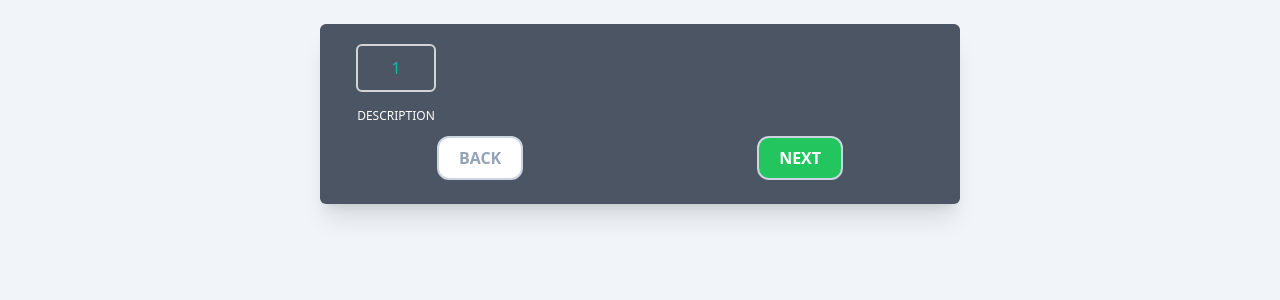
Repository: OmniaRafat232111121/reactstepper
Page: /
An editor plug-in stored every save of this project. The page is shown before and after a run of saves, followed by the edit.
The browser window is 1280 px wide. The pictures show the whole page.
The project was rebuilt for these pictures with package versions that can differ from the ones it lists, and the page was loaded fresh each time. Also part of the build but not shown: src/App.css.

Above is the page before, as saved 2023-02-22 00:20:54.

### src/index.css
@tailwind base;
@tailwind components;
@tailwind utilities;


body {
  background: #f1f5f9;
}

code {
  font-family: source-code-pro, Menlo, Monaco, Consolas, 'Courier New',
    monospace;
}

### src/App.js

import './App.css';
import Stepper from './Component/Stepper';
import StepperControl from './Component/StepperControl';
function App() {
  return (
    <div className="md:w-1/2 mx-auto  rounded-md shadow-xl bg-gray-600 pb-2 mt-5">
     {/*stepper*/}
    <div className='container horizontal mt-5'>
    <Stepper/>
    </div>
     {/*StepperCOntrol*/}
     <StepperControl/>
    </div>
  );
}

export default App;

### src/Component/Stepper.js
import React from 'react'

const Stepper = () => {
  return (
    <div className=' mx-4 my-6 p-5 flex justify-between items-center '>
        <div className='relative flex flex-col items-center text-teal-500'>
        <div className='rounded-full transition duration-200 ease-in-out rounded-md border-2 border-gray-300 h-12 w-20 flex items-center justify-center py-3'>{/* Display number*/ }
        1 {/* Display number*/ }
        </div>
      <div className='absolute top-0 mt-16 w-32  text-center text-xs font-medium uppercase text-white'>
       description  {/* Display decsription*/ }
      </div>
      </div>

        <div className=' absolute flex-auto border-t-2  text-white transition duration-500 ease-in-out'>
        {/* Display line*/ }

        </div>


    </div>
  )
}

export default Stepper

### src/Component/StepperControl.js
import React from 'react'

const StepperControl = () => {
  return (
    <div className='container  flex justify-around mt-5 mb-4'>
       {/*back button*/}
       <button className='bg-white text-slate-400 font-semibold  uppercase px-5 py-2  rounded-xl
       cursor-pointer border-2 border-slate-300 hover:bg-slate-700 hover:text-white transition duration-200 ease-in-out'>
       Back
       </button>
        {/*next button*/}
        <button className='bg-green-500 text-white font-semibold  uppercase px-5 py-2  rounded-xl
        cursor-pointer border-2 border-slate-300 hover:bg-slate-700 hover:text-white transition duration-200 ease-in-out'>
        Next
        </button>
    </div>
  )
}

export default StepperControl

Loaded but not shown: public/index.html (common file); src/index.js (common file); tailwind.config.js (common file)

After the next 3 saves:
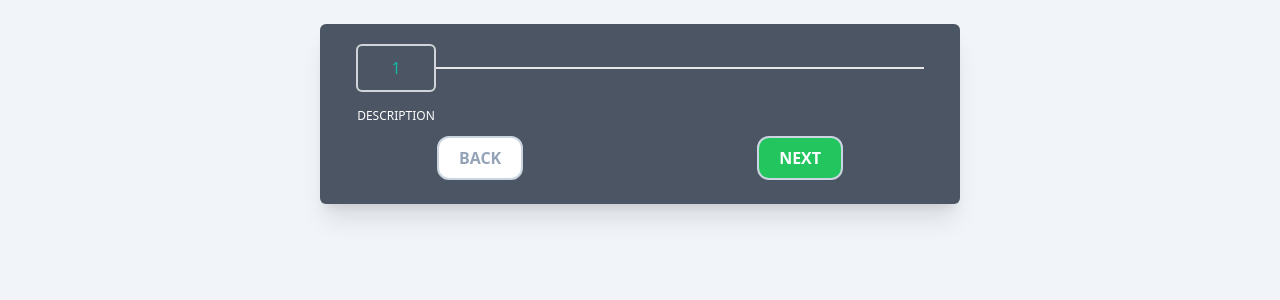
The 3 saves are shown as one change because they came seconds apart.
The last was saved 53 s later.
--- a/src/Component/Stepper.js
+++ b/src/Component/Stepper.js
@@ -12,8 +12,9 @@ const Stepper = () => {
       </div>
       </div>
 
-        <div className=' absolute flex-auto border-t-2  text-white transition duration-500 ease-in-out'>
+        <div className=' flex-auto border-t-2  text-white transition duration-500 ease-in-out'>
         {/* Display line*/ }
+
 
         </div>
 
